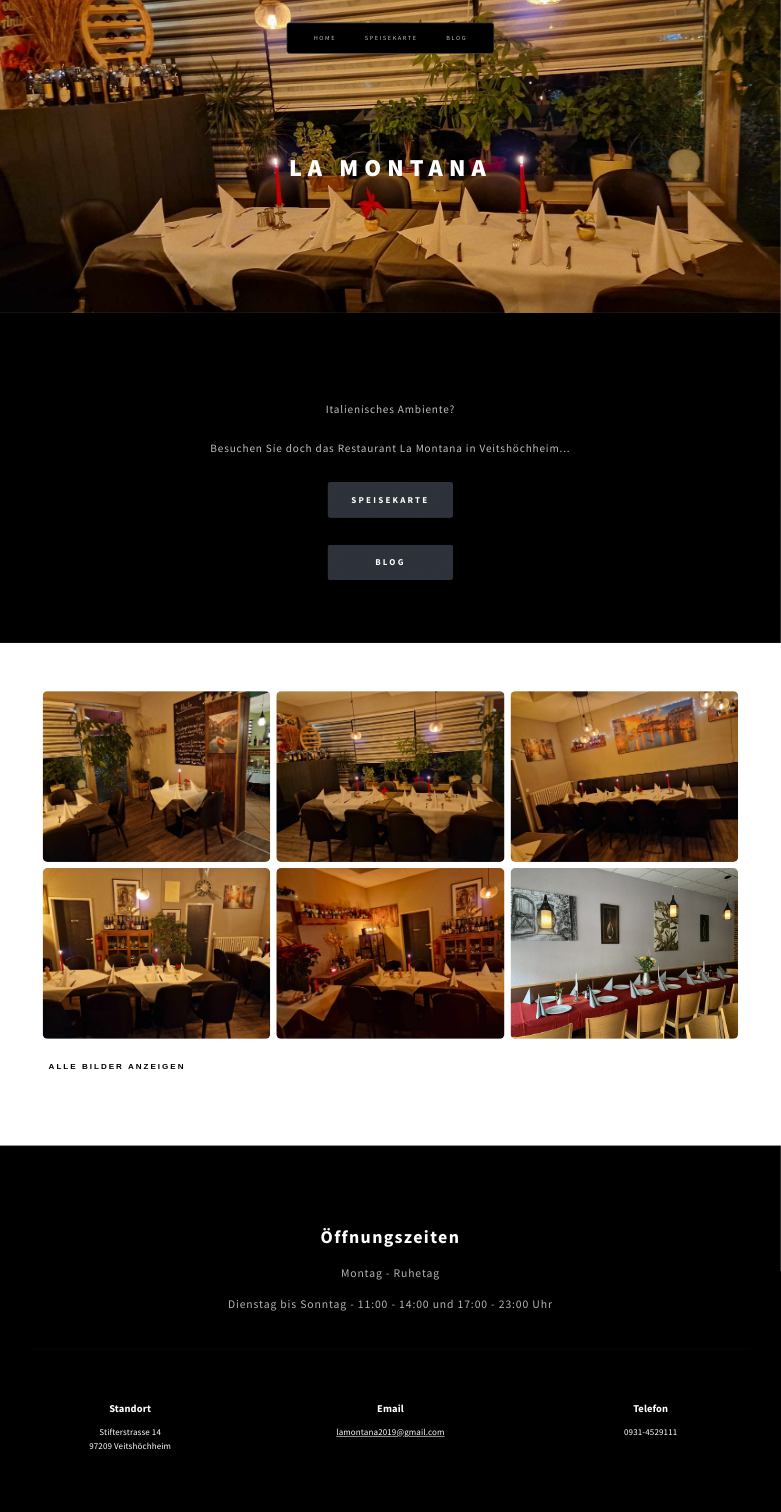
Repository: restaurantlamontana/restaurantlamontana.github.io
Page: index.html
These files come from the project's save history. The page is drawn as it stood at one moment and after the next save; the edit follows.
The browser window is 1280 px wide. The pictures show the whole page, at 61% of full size.

Above is the page before, as saved 2024-07-15 12:38:39.

### index.html
<!DOCTYPE html>
<html>
  <head>
    <title>La Montana</title>
    <meta charset="utf-8" />
    <meta
      name="viewport"
      content="width=device-width, initial-scale=1, user-scalable=no"
    />
    <link rel="stylesheet" href="assets/css/main.css" />
    <style>
      /* Additional CSS for hiding images */
      .image-grid img:nth-child(n + 7) {
        display: none;
      }
    </style>
  </head>
  <body class="homepage is-preload">
    <div id="page-wrapper">
      <!-- Header -->
      <section id="header" class="wrapper">
        <!-- Logo -->
        <div id="logo">
          <h1 style="font-size: 40px"><a href="index.html">La Montana</a></h1>
        </div>
        <!-- Nav -->
        <nav id="nav">
          <ul class="toplinks">
            <li class="current"><a href="index.html">Home</a></li>
            <li>
              <a href="assets/Speisekarte_Scan.pdf" target="_blank"
                >Speisekarte</a
              >
            </li>
            <li><a href="blog.html">Blog</a></li>
          </ul>
        </nav>
      </section>

      <!-- Intro -->
      <section id="intro" class="wrapper style1">
        <div class="container">
          <br /><br /><br /><br />
          <p class="style1">Italienisches Ambiente?</p>
          <br />
          <p class="style1">
            Besuchen Sie doch das Restaurant La Montana in Veitshöchheim...
          </p>
          <ul class="actions">
            <li>
              <a
                href="assets/Speisekarte_Scan.pdf"
                target="_blank"
                class="button style3 large"
                >Speisekarte</a
              >
            </li>
          </ul>
          <ul class="actions">
            <li><a href="blog.html" class="button style3 large">Blog</a></li>
          </ul>
        </div>
      </section>

      <!-- Image Grid -->
      <section class="wrapper">
        <div class="container">
          <div class="image-grid">
            <img src="images/IMG_3203.JPG" />
            <img src="images/IMG_3204.JPG" />
            <img src="images/IMG_3205.JPG" />
            <img src="images/IMG_3206.JPG" />
            <img src="images/IMG_3207.JPG" />
            <img src="images/2.jpeg" />
            <img src="images/12.jpeg" />
            <img src="images/7.jpeg" />
            <img src="images/3.jpeg" />
            <img src="images/4.jpeg" />
            <img src="images/5.jpeg" />
            <img src="images/6.jpeg" />
            <img src="images/8.jpeg" />
            <img src="images/9.jpeg" />
            <img src="images/10.jpeg" />
            <img src="images/11.jpeg" />
            <img src="images/13.jpeg" />
            <img src="images/IMG_3199.JPG" />
            <img src="images/IMG_3200.JPG" />
            <img src="images/IMG_3201.JPG" />
            <img src="images/IMG_3202.JPG" />
            <img src="images/IMG_3199.JPG" />
            <img src="images/IMG_3194.JPG" />
            <img src="images/IMG_3195.JPG" />
            <img src="images/IMG_3196.JPG" />
            <img src="images/IMG_3197.JPG" />
            <img src="images/IMG_3198.JPG" />
          </div>
          <button
            id="show-more-btn"
            style="color: black; background-color: white"
          >
            Alle Bilder anzeigen
          </button>
        </div>
      </section>

      <!-- Footer -->
      <section id="footer" class="wrapper">
        <div class="container">
          <header class="style1">
            <h2>Öffnungszeiten</h2>
            <p>Montag - Ruhetag</p>
            <p>Dienstag bis Sonntag - 11:00 - 14:00 und 17:00 - 23:00 Uhr</p>
          </header>
        </div>
        <div class="flex-container">
          <div class="flex-item">
            <h3>Standort</h3>
            <p style="color: white">
              Stifterstrasse 14<br />
              97209 Veitshöchheim<br />
            </p>
          </div>
          <div class="flex-item">
            <h3>Email</h3>
            <p>
              <a href="mailto:lamontana2019@gmail.com"
                >lamontana2019@gmail.com</a
              >
            </p>
          </div>
          <div class="flex-item">
            <h3>Telefon</h3>
            <p style="color: white">0931-4529111</p>
          </div>
        </div>
      </section>
    </div>

    <script>
      document
        .getElementById("show-more-btn")
        .addEventListener("click", function () {
          const images = document.querySelectorAll(
            ".image-grid img:nth-child(n+7)"
          );
          const isHidden =
            images[0].style.display === "none" ||
            images[0].style.display === "";
          images.forEach((img) => {
            img.style.display = isHidden ? "block" : "none";
          });
          this.textContent = isHidden
            ? "Weniger Bilder anzeigen"
            : "Alle Bilder anzeigen";
        });
    </script>
  </body>
</html>

Loaded but not shown: assets/css/fontawesome-all.min.css (library); assets/css/main.css (3122 lines, source omitted)

After the next save:
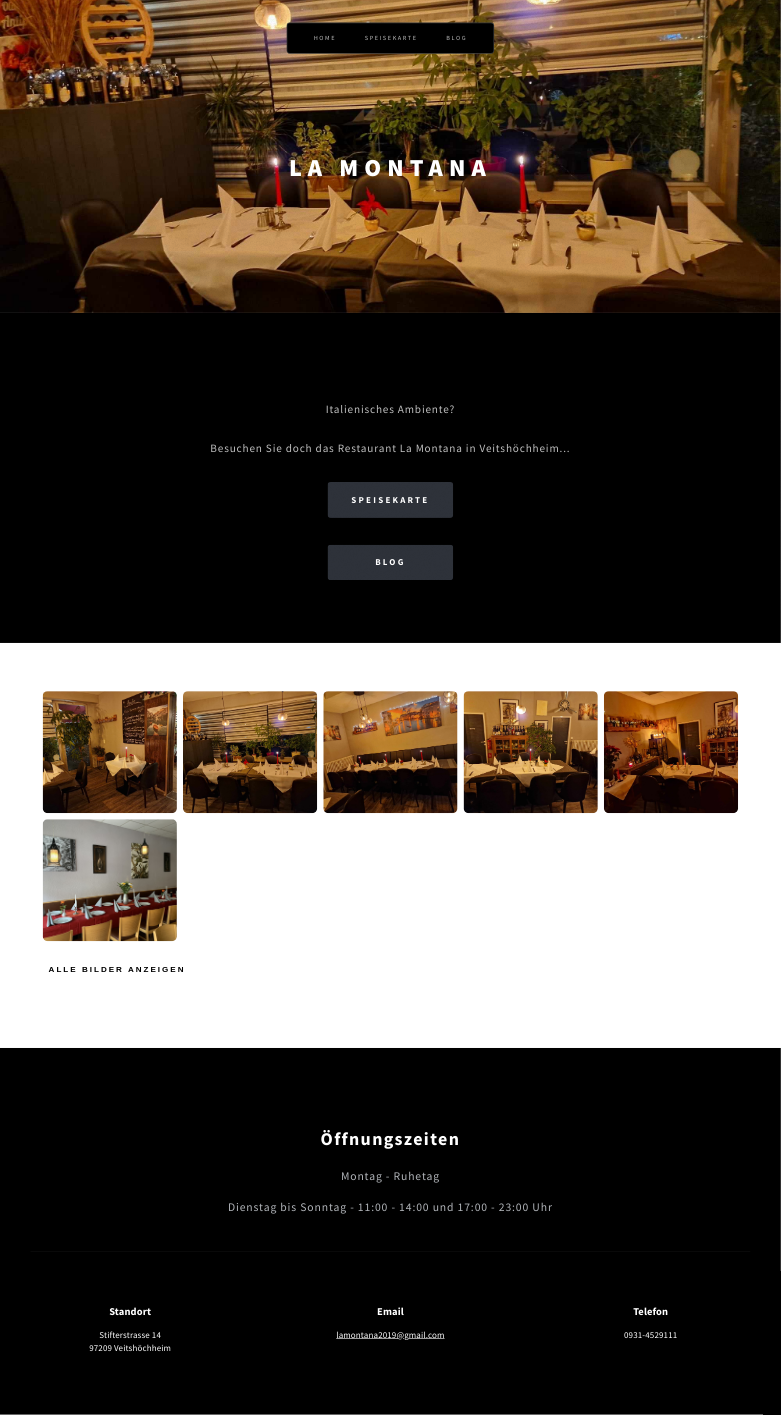
Saved 2 min 25 s later.
--- a/index.html
+++ b/index.html
@@ -12,6 +12,26 @@
       /* Additional CSS for hiding images */
       .image-grid img:nth-child(n + 7) {
         display: none;
+      }
+
+      /* Uniform size for all images with zoom-in effect for smaller ones */
+      .image-grid {
+        display: grid;
+        grid-template-columns: repeat(auto-fill, minmax(200px, 1fr));
+        gap: 10px;
+      }
+
+      .image-grid img {
+        width: 100%;
+        height: 200px;
+        object-fit: cover;
+      }
+
+      /* Center the button */
+      .button-container {
+        display: flex;
+        justify-content: center;
+        margin-top: 20px;
       }
     </style>
   </head>

After the 4 saves that followed:
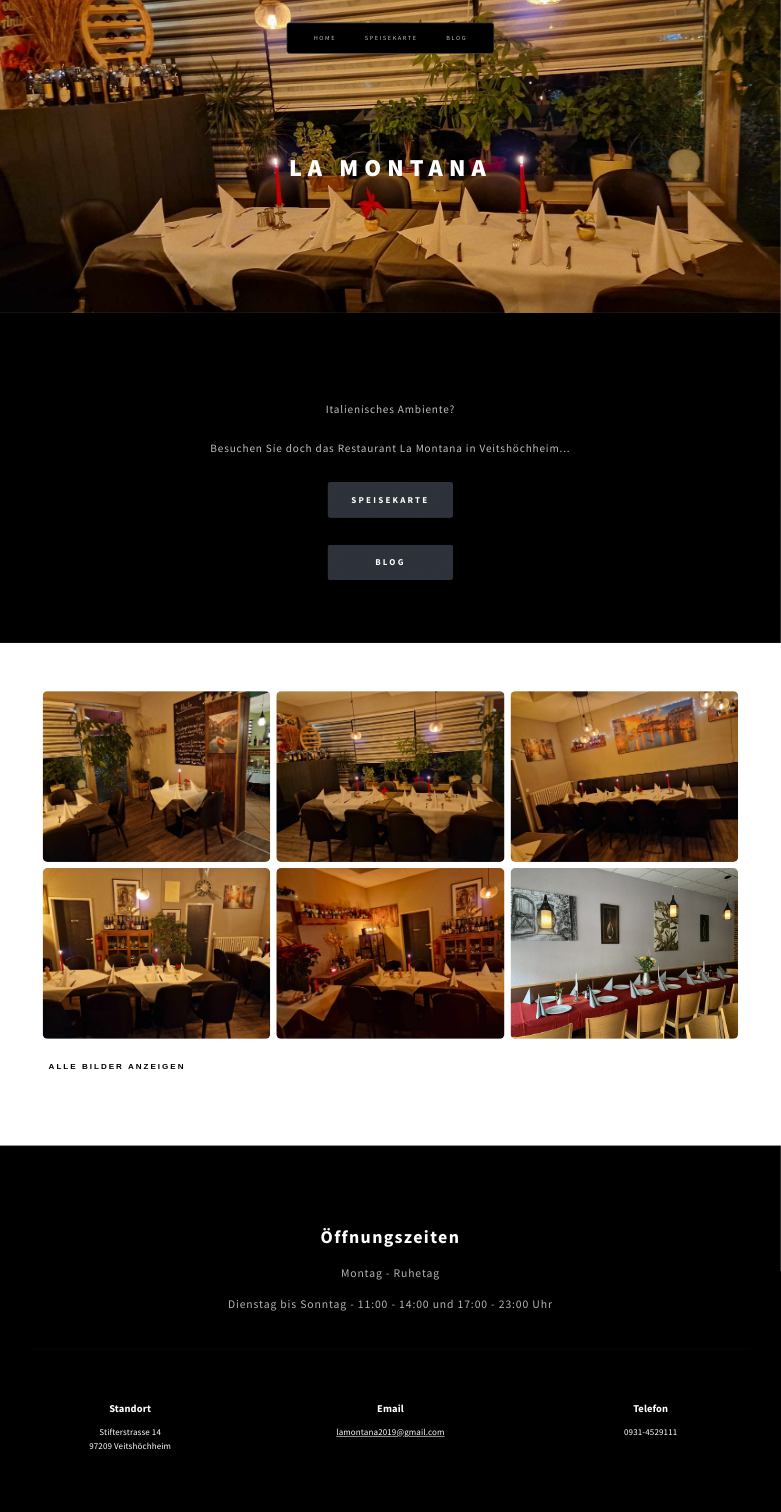
The 4 saves are shown as one change because they came seconds apart.
The last was saved 25 s later.
--- a/index.html
+++ b/index.html
@@ -12,26 +12,6 @@
       /* Additional CSS for hiding images */
       .image-grid img:nth-child(n + 7) {
         display: none;
-      }
-
-      /* Uniform size for all images with zoom-in effect for smaller ones */
-      .image-grid {
-        display: grid;
-        grid-template-columns: repeat(auto-fill, minmax(200px, 1fr));
-        gap: 10px;
-      }
-
-      .image-grid img {
-        width: 100%;
-        height: 200px;
-        object-fit: cover;
-      }
-
-      /* Center the button */
-      .button-container {
-        display: flex;
-        justify-content: center;
-        margin-top: 20px;
       }
     </style>
   </head>
